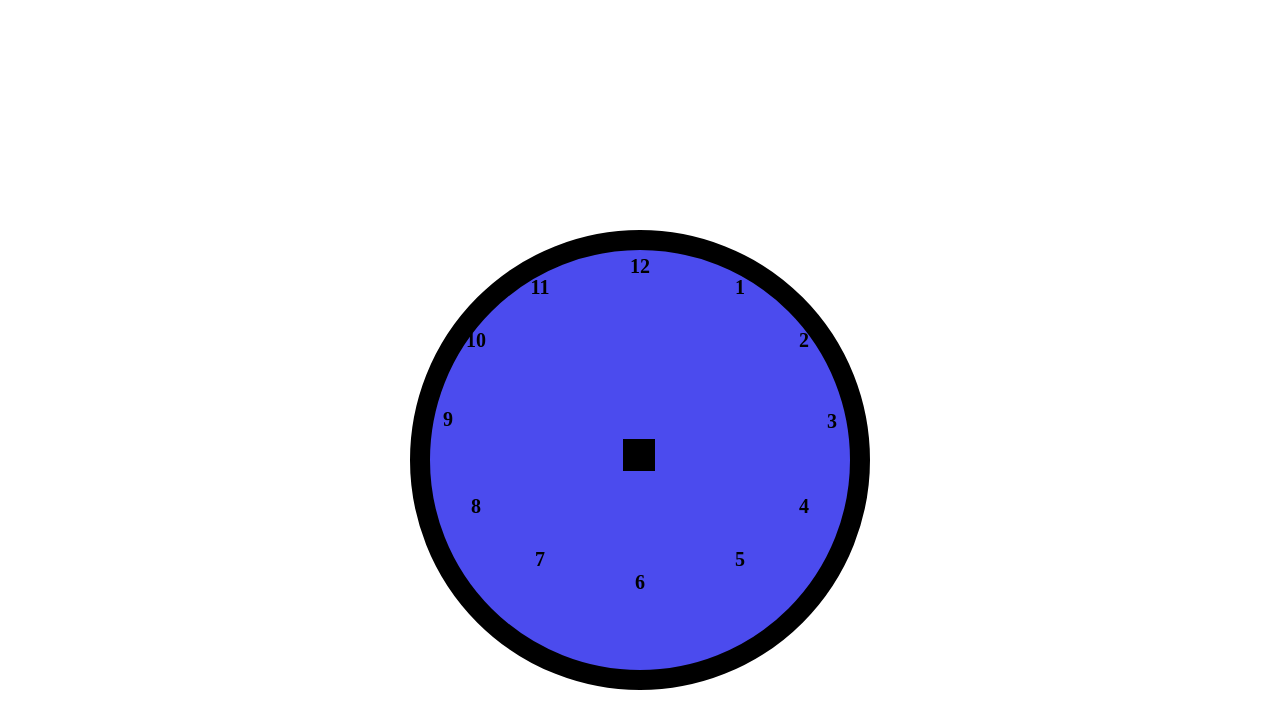
Repository: Eugene44-hub/Analog-clock
Page: index.html
An editor plug-in stored every save of this project. The page is shown before and after the next save, followed by the edit.
The browser window is 1280 px wide. The pictures show the whole page.

Above is the page before, as saved 2021-09-04 15:39:58.

### index.html
<!DOCTYPE html>
<html lang="en">

<head>
    <meta charset="UTF-8">
    <meta http-equiv="X-UA-Compatible" content="IE=edge">
    <meta name="viewport" content="width=device-width, initial-scale=1.0">
    <title>Document</title>
    <link rel="stylesheet" href="style.css">
</head>

<body>
    <div class="clock">
        <div class="numbers">
            <div class="circle"></div>
            <div class="minute"></div>
            <div class="second"></div>

            <div class="num1">1</div>
            <div class="num2">2</div>
            <div class="num3">3</div>
            <div class="num4">4</div>
            <div class="num5">5</div>
            <div class="num6">6</div>
            <div class="num7">7</div>
            <div class="num8">8</div>
            <div class="num9">9</div>
            <div class="num10">10</div>
            <div class="num11">11</div>
            <div class="num12">12</div>
        </div>
    </div>
</body>

</html>

### style.css
* {
    padding: 0;
    margin: 0;
}

.clock {
    background-color: rgb(75, 75, 238);
    height: 400px;
    width: 400px;
    border: 20px solid black;
    text-align: center;
    font-weight: bold;
    font-family: cursive;
    font-size: 20px;
    transform: translate(0, 50%);
    position: relative;
    border-radius: 50%;
    margin: auto;
    padding: 10px;
}

.circle {
    background-color: red;
    position: absolute;
    top: 45%;
    left: 46%;
    width: 32px;
    height: 32px;
    border: 50%;
}

.minute {
    background-color: black;
    position: absolute;
    top: 45%;
    left: 46%;
    width: 32px;
    height: 32px;
    border: 50%;
}

.num6 {
    transform: translate(0, 850%);
}

.num9 {
    transform: translate(-48%, -155%);
}

.num12 {
    transform: translate(0, -1120%);
}

.num3 {
    transform: translate(48%, 450%);
}

.num1 {
    transform: translate(25%, 70%);
}

.num2 {
    transform: translate(41%, 200%);
}

.num4 {
    transform: translate(41%, 720%);
}

.num11 {
    transform: ;
}

.num5 {
    transform: translate(25%, 850%);
}

.num5 {
    transform: translate(25%, 850%);
}

.num7 {
    transform: translate(-25%, 650%);
}

.num8 {
    transform: translate(-41%, 320%);
}

.num11 {
    transform: translate(-25%, -930%)
}

.num10 {
    transform: translate(-41%, -600%);
}


/* .num1,
.num2,
.num3,
.num4,
.num5,
.num6,
.num7,
.num8,
.num9,
.num10,
.num11,
.num12 {
    padding: 15px;
} */


/* .num1 {
    transform: translate(28%, 100%);
}

.num2 {
    transform: translate(44%, 260%);
}

.num3 {
    transform: translate(48%, 489%);
}

.num4 {
    transform: translate(44%, 750%);
}

.num5 {
    transform: translate(28%, 890%);
}

.num6 {
    transform: translate(0, 890%);
}

.num7 {
    transform: translate(24%, 694%);
}

.num8 {
    transform: translate(-44%, 350%)
}

.num9 {
    transform: translate(-48%, -100%);
}

.num10 {
    transform: translate(-44%, -540%);
}

.num11 {
    transform: translate(-28%, -900%);
}

.num12 {
    transform: translate(0, -1130%);
} */

After the next save:
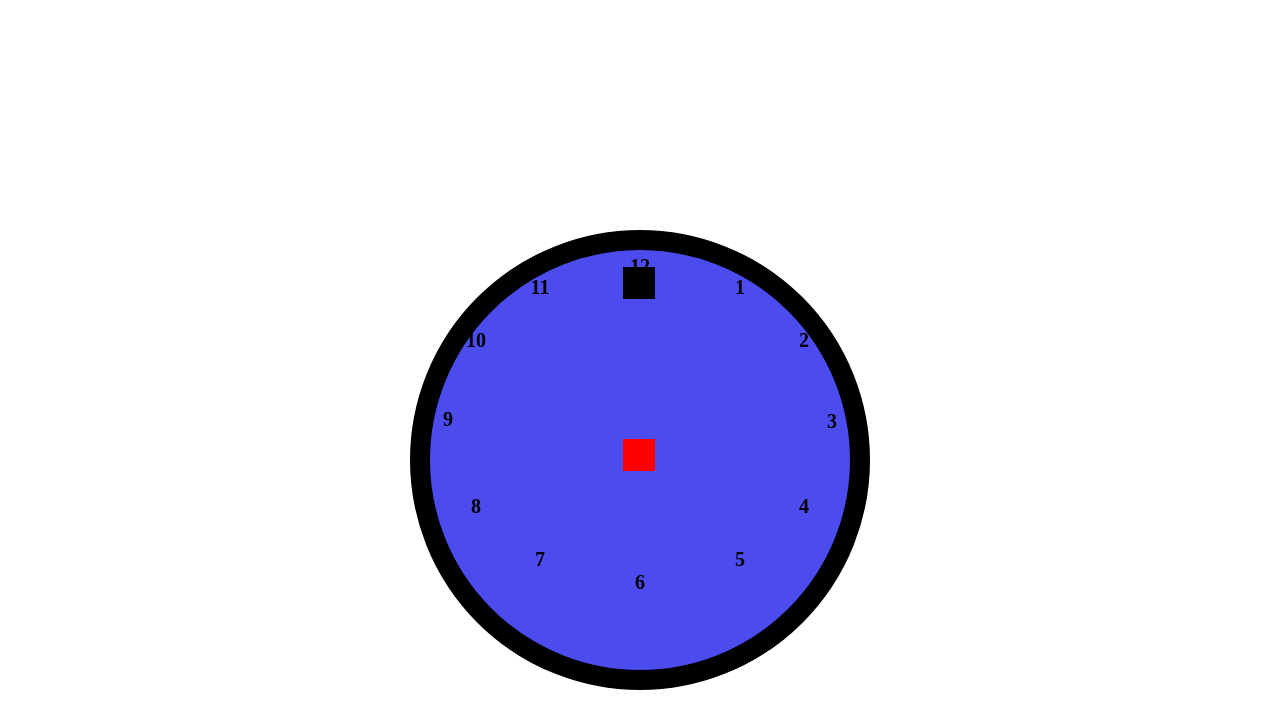
Saved 9 s later.
--- a/style.css
+++ b/style.css
@@ -32,7 +32,7 @@
 .minute {
     background-color: black;
     position: absolute;
-    top: 45%;
+    top: 4%;
     left: 46%;
     width: 32px;
     height: 32px;
